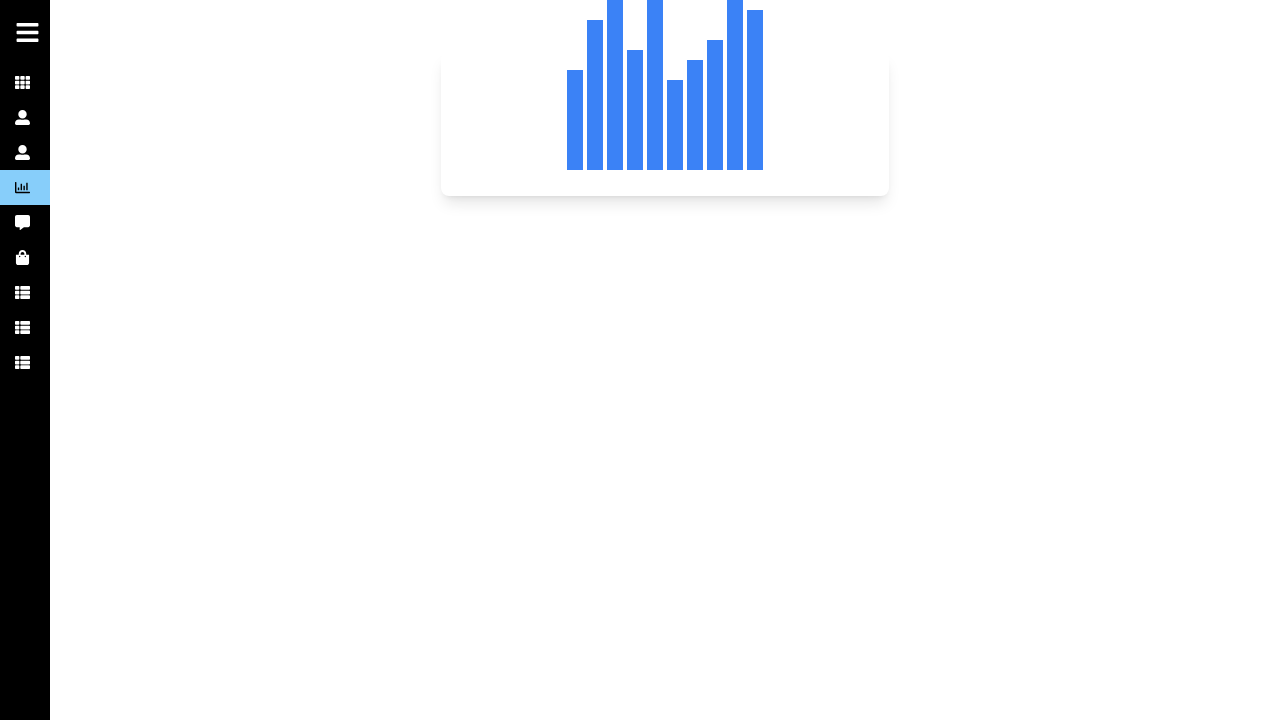
Repository: AndargWorku12/admin-dashboard
Page: /analytics
These files come from the project's save history. The page is drawn as it stood at one moment and after the next save; the edit follows.
The browser window is 1280 px wide. The pictures show the whole page.
The project was rebuilt for these pictures with package versions that can differ from the ones it lists, and the page was loaded fresh each time. Also part of the build but not shown: src/pages/Dashboard.tsx, src/pages/Orders.tsx, src/pages/Category.tsx, src/pages/Login.tsx, src/pages/CustemerReview.tsx, src/pages/ProductList.tsx, src/pages/ShopCard.tsx, src/pages/SignUpForm.tsx.

Above is the page before, as saved 2024-01-25 05:26:06.

After the next save:
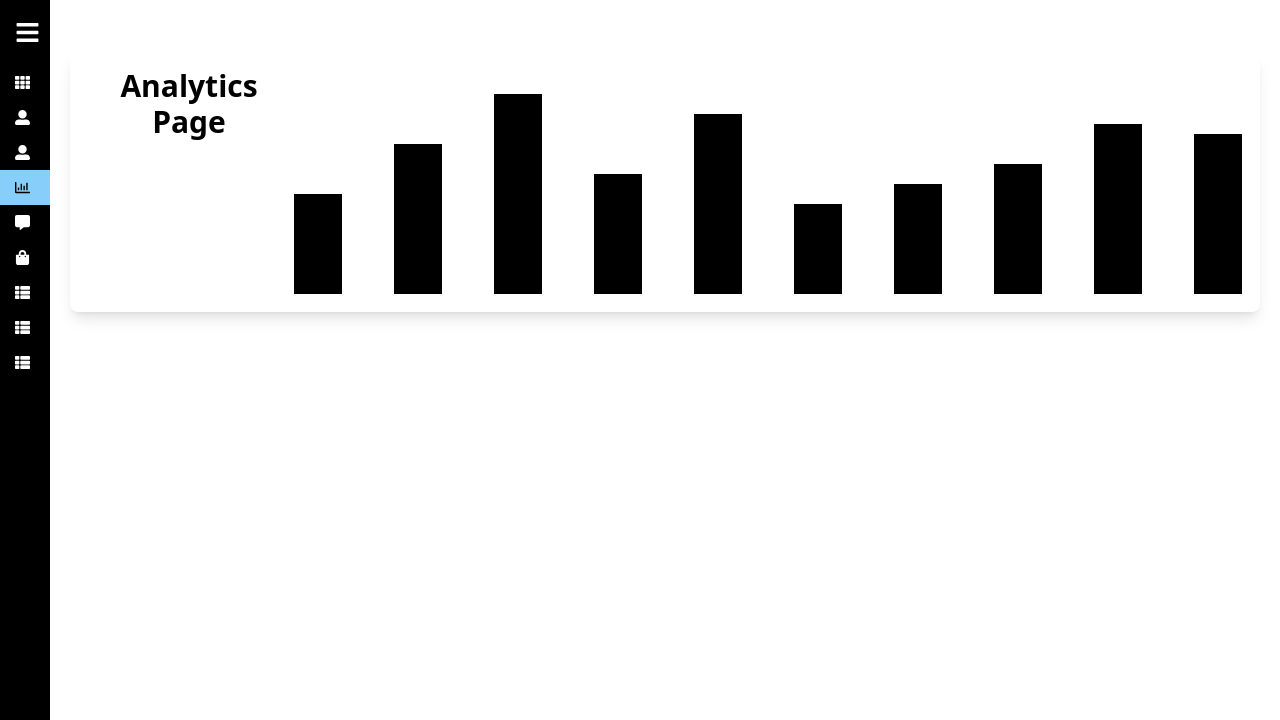
Saved 47 s later.
--- a/src/pages/Analytics.tsx
+++ b/src/pages/Analytics.tsx
@@ -1,7 +1,6 @@
 import React from 'react';
 
-interface AnalyticsCardProps {
-  title: string;
+interface AnalyticsProps {
   saleData: SaleData[];
 }
 
@@ -10,27 +9,92 @@ type SaleData = {
   amount: number;
 };
 
-const AnalyticsCard: React.FC<AnalyticsCardProps> = ({ title, saleData }) => {
+const Analytics: React.FC<AnalyticsProps> = ({ saleData }) => {
   return (
-    <div className="max-w-md mx-auto mt-8 p-6 bg-white shadow-lg rounded-lg">
-      <h2 className="text-2xl font-bold mb-4">{title}</h2>
-      <div className="flex justify-center items-end h-20 mt-4">
+    <div className="container mx-auto my-8 p-4 bg-white shadow-lg rounded-lg text-center">
+      <h2 className="text-3xl font-bold mb-4">Analytics Page</h2>
+      <div className="flex justify-center items-end h-300 mt-6 gap-12 border-3 border-red-500">
         {saleData.map((data, index) => (
-          <Line key={index} amount={data.amount} />
+          <Bar key={index} amount={data.amount} />
         ))}
       </div>
     </div>
   );
 };
 
-interface LineProps {
+interface BarProps {
   amount: number;
 }
 
-const Line: React.FC<LineProps> = ({ amount }) => {
+const Bar: React.FC<BarProps> = ({ amount }) => {
   return (
-    <div className="bg-blue-500 w-4 m-0.5" style={{ height: `${amount}px` }}></div>
+    <div className="bg-black w-12 m-0.5 border-3 border-blue-500" style={{ height: `${amount}px` }}></div>
   );
 };
 
-export default AnalyticsCard;
+export default Analytics;
+
+
+
+
+
+
+
+
+
+
+
+
+
+
+
+
+// import React from 'react';
+
+
+// // interface saleData {
+// //   date:string;
+// //   amount:number;
+// // }
+// interface AnalyticsProps {
+//   saleData: saleData[];
+// }
+
+// type saleData = {
+//   date: string;
+//   amount: number;
+// };
+
+// const Analytics: React.FC<AnalyticsProps> = ({ saleData }) => {
+//   const containerStyle: React.CSSProperties = {
+//     textAlign: 'center',
+//     padding: '20px',
+//   };
+
+//   const barChartContainerStyle: React.CSSProperties = {
+//     display: 'flex',
+//     justifyContent: 'center',
+//     alignItems: 'flex-end',
+//     height: '300px',
+//     marginTop: '20px',
+//   };
+
+//   const barStyle: React.CSSProperties = {
+//     backgroundColor: 'blue',
+//     width: '40px',
+//     margin: '0 5px',
+//   };
+
+//   return (
+//     <div style={containerStyle}>
+//       <h2>Analytics Page</h2>
+//       <div style={barChartContainerStyle}>
+//         {saleData.map((value, index) => (
+//           <div key={index} style={{ ...barStyle, height: `${value}px` }}></div>
+//         ))}
+//       </div>
+//     </div>
+//   );
+// };
+
+// export default Analytics;
